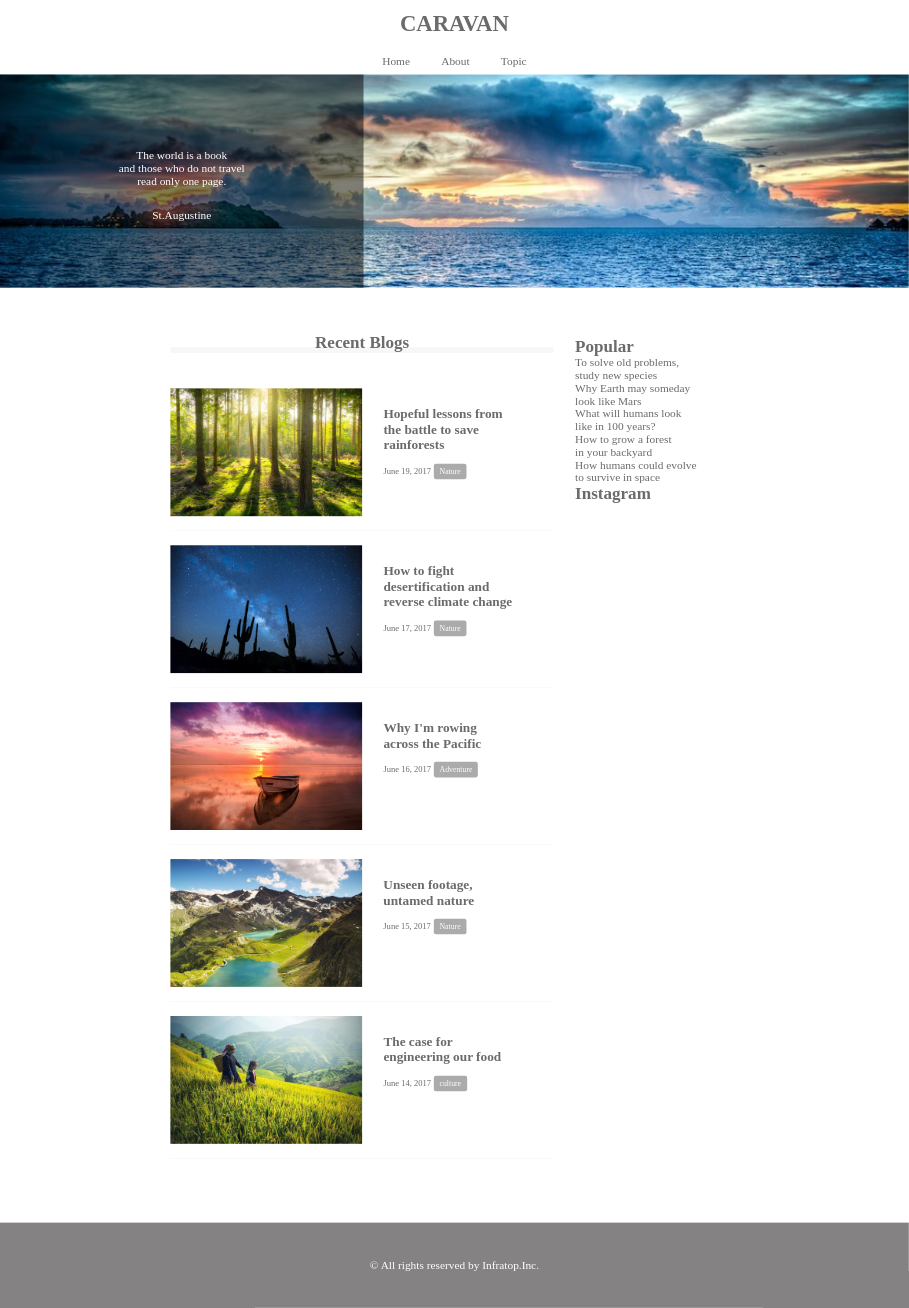
Repository: Raychel-310/chapter10
Page: chapter8/chapter8.html
The author's editor kept a record of every edit. The page is drawn from the files as they stood at one moment, then again after the next edit.
The browser window is 1280 px wide. The pictures show the whole page, at 71% of full size.

Above is the page before.

### chapter8/chapter8.html
<!DOCTYPE html>
<html lang="ja">
  <head>
    <meta charset="UTF-8" />
    <!-- CSSファイルの読み込み -->
    <link rel="stylesheet" href="chapter7.css" />
    <title>CARAVAN</title>
  </head>

  <body>
    <!--header-->
    <header>
      <h1 class="heading">
        <a href="index.html">
          CARAVAN
        </a>
      </h1>
    </header>

    <!--navigation-->
    <nav>
      <ul class="nav-list">
        <li class="nav-list-item">
          <a href="index.html">Home</a>
        </li>
        <li class="nav-list-item">About</li>
        <li class="nav-list-item">Topic</li>
      </ul>
    </nav>

    <!--mainvisual用のdiv-->
    <div class="main-visual">
      <div class="main-visual-content">
        <!--pタグと文字を追加-->
        <p class="main-visual-text">
          The world is a book<br />
          and those who do not travel<br />
          read only one page.
        </p>
        <p class="main-visual-name">
          St.Augustine
        </p>
      </div>
    </div>

    <!--main用のdiv-->
    <main>
      <section class="blog">
        <h2 class="blog-heading">Recent Blogs</h2>
        <div class="blog-box">
            <div class="blog-item">
            <img class="blog-image" src="img/forest.jpg" />
              <section class="blog-text">
              <h3 class="blog-text-heading">
                <a href="single.html">
                  Hopeful lessons from<br>
                  the battle to save<br>
                  rainforests
                </a>
              </h3>
              <p class="blog-date">June 19, 2017</p>
              <span class="category">Nature</span>
            </section>
          </div>
        </div>

            <div class="blog-item">
            <img class="blog-image" src="img/desert.jpg" />
              <section class="blog-text">
              <h3 class="blog-text-heading">
                <a href="single.html">
                  How to fight<br>
                  desertification and<br>
                  reverse climate change
                </a>
              </h3>
              <p class="blog-date">June 17, 2017</p>
              <span class="category">Nature</span>
            </section>
          </div>
        </div>

            <div class="blog-item">
            <img class="blog-image" src="img/sunset.jpg" />
              <section class="blog-text">
              <h3 class="blog-text-heading">
                <a href="single.html">
                  Why I'm rowing<br>
                  across the Pacific
                </a>
              </h3>
              <p class="blog-date">June 16, 2017</p>
              <span class="category">Adventure</span>
            </section>
          </div>
        </div>

            <div class="blog-item">
            <img class="blog-image" src="img/italy.jpg" />
              <section class="blog-text">
              <h3 class="blog-text-heading">
                <a href="single.html">
                  Unseen footage,<br>
                  untamed nature
                </a>
              </h3>
              <p class="blog-date">June 15, 2017</p>
              <span class="category">Nature</span>
            </section>
          </div>
        </div>

            <div class="blog-item">
            <img class="blog-image" src="img/asia.jpg" />
              <section class="blog-text">
              <h3 class="blog-text-heading">
                <a href="single.html">
                  The case for<br>
                  engineering our food
                </a>
              </h3>
              <p class="blog-date">June 14, 2017</p>
              <span class="category">culture</span>
            </section>
          </div>
        </div>

      </section>

      <div class="sidebar">
        <section class="popular">
          <h2 class="popular-heading common-heading">Popular</h2>
          <div class="sidebar-contents">
            <p class="popular-text">To solve old problems,<br>study new species</p>
            <p class="popular-text">Why Earth may someday<br>look like Mars</p>
            <p class="popular-text">What will humans look<br>like in 100 years?</p>
            <p class="popular-text">How to grow a forest<br>in your backyard</p>
            <p class="popular-text">How humans could evolve<br>to survive in space</p>
          </div>
        </section>
        <section class="instagram">
          <h2 class="instagram-heading common-heading">Instagram</h2>
          <div class="sidebar-contents">
            <div class="instagram-box"></div>
            <div class="instagram-box"></div>
            <div class="instagram-box"></div>
            <div class="instagram-box"></div>
            <div class="instagram-box"></div>
            <div class="instagram-box"></div>
          </div>
        </section>
      </div>
    </main>

    <!--footer-->
    <footer>
      <p class="footer-text">© All rights reserved by Infratop.Inc.</p>
    </footer>
  </body>
</html>

### chapter7/chapter7.css
/* ブラウザがそれぞれ持っているCSSをリセットするための記述 */
* {
  margin: 0;
  padding: 0;
  box-sizing: border-box;
  color: #6c6b6b;
}

a {
  text-decoration: none;
}

header {
  width: 90%;
  padding: 15px 0;
  margin: 0 auto;
  text-align: center;
}

header .heading{
  /*headerタグ内のheadingクラスにのみ反映される*/
  font-size: 32px;
}

.nav-list {
  text-align: center;
  padding: 10px 0;
  margin: 0 auto;
}

.nav-list-item {
  list-style: none;
  display: inline-block;
  margin: 0 20px;
}

.main-visual {
  width: 100%;
  height: 300px;
  background-image: url(img/mv.jpg);
  background-size: cover; /* 縦横比を維持したまま背景領域を埋め尽くす */
  background-position: center; /* 背景画像を中央に配置 */
}

.main-visual-content {
  width: 40%;
  height: 300px;
  background-color: rgba( 0, 0, 0, 0.5); /* 背景色を半透明の黒にする */
  text-align: center; /* 文字を中央揃えにする */
  padding-top: 105px; /* 上側の内側余白で垂直方向の位置を調整 */
}

.main-visual-text {
  color: #fff; /* 文字色を白に変更 */
}

.main-visual-name {
  margin-top: 30px; /* 上側の外側の余白 */
  color: #fff; /* 文字色を白に変更 */
}

main {
  width: 800px; /* 横幅800px */
  display: flex; /* Flexboxの利用 */
  justify-content: center; /* 要素の横並び・中央寄せ */
  margin: 0 auto; /* 要素の中央揃え */
  padding: 70px 0; /* 上下に70px、左右に0pxの内側余白 */
}

.blog {
  width: 540px;
  margin-right: 30px; /* 領域の右側余白 */
}

.blog-heading {
  border-bottom: 8px solid #f7f7f7;
  text-align: center;
  line-height: 0.6;
}

.blog-box {
  padding-top: 50px;
}

.blog-item {
  padding-bottom: 20px;
  margin-bottom: 20px;
  border-bottom: 1px solid #f7f7f7;
  display: flex;
  justify-content: flex-start;
}

.blog-image {
  height: 180px;
}

.blog-text {
  padding: 25px 0 0 30px;
}

.blog-text-heading {
  padding-bottom: 15px;
}

.blog-date {
  font-size: 12px;
  display: inline-block;
}

.category {
  display: inline-block;
  padding: 5px 8px;
  background-color: #acabab;
  border-radius: 3px;
  color: #fff;
  font-size: 11px;
}

.sidebar {
  width: 230px;
}

footer {
  width: 100%;
  height: 120px;
  text-align: center;
  line-height: 120px;
  background-color: #848282
}

.footer-text {
  color: #fff;
}

After the next edit:
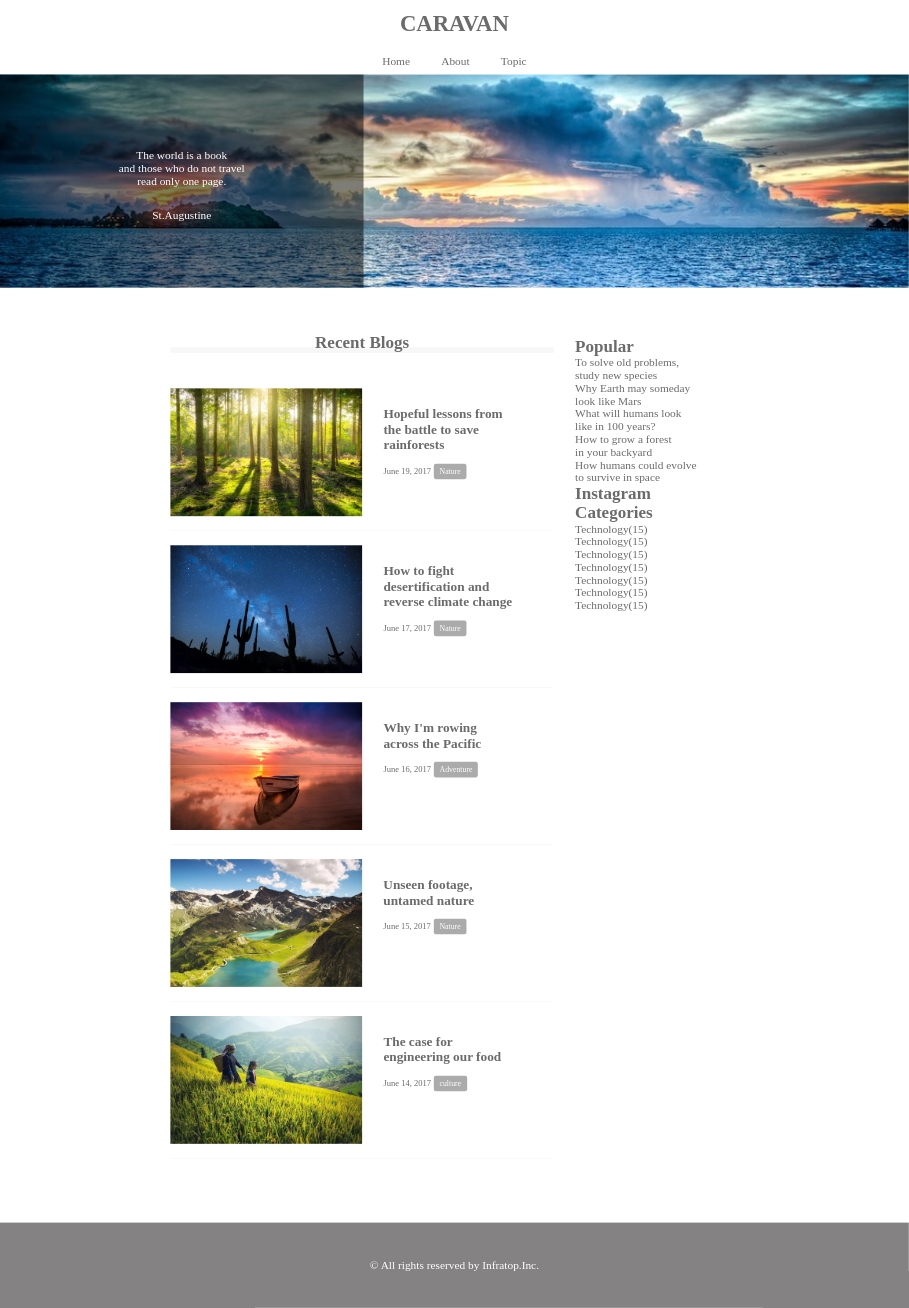
The edit:
--- a/chapter8/chapter8.html
+++ b/chapter8/chapter8.html
@@ -149,6 +149,18 @@
             <div class="instagram-box"></div>
           </div>
         </section>
+        <section class="categories">
+          <h2 class="categories-heading common-heading">Categories</h2>
+          <div class="sidebar-contents">
+            <p class="categories-text">Technology(15)</p>
+            <p class="categories-text">Technology(15)</p>
+            <p class="categories-text">Technology(15)</p>
+            <p class="categories-text">Technology(15)</p>
+            <p class="categories-text">Technology(15)</p>
+            <p class="categories-text">Technology(15)</p>
+            <p class="categories-text">Technology(15)</p>
+          </div>
+        </section>
       </div>
     </main>
 
